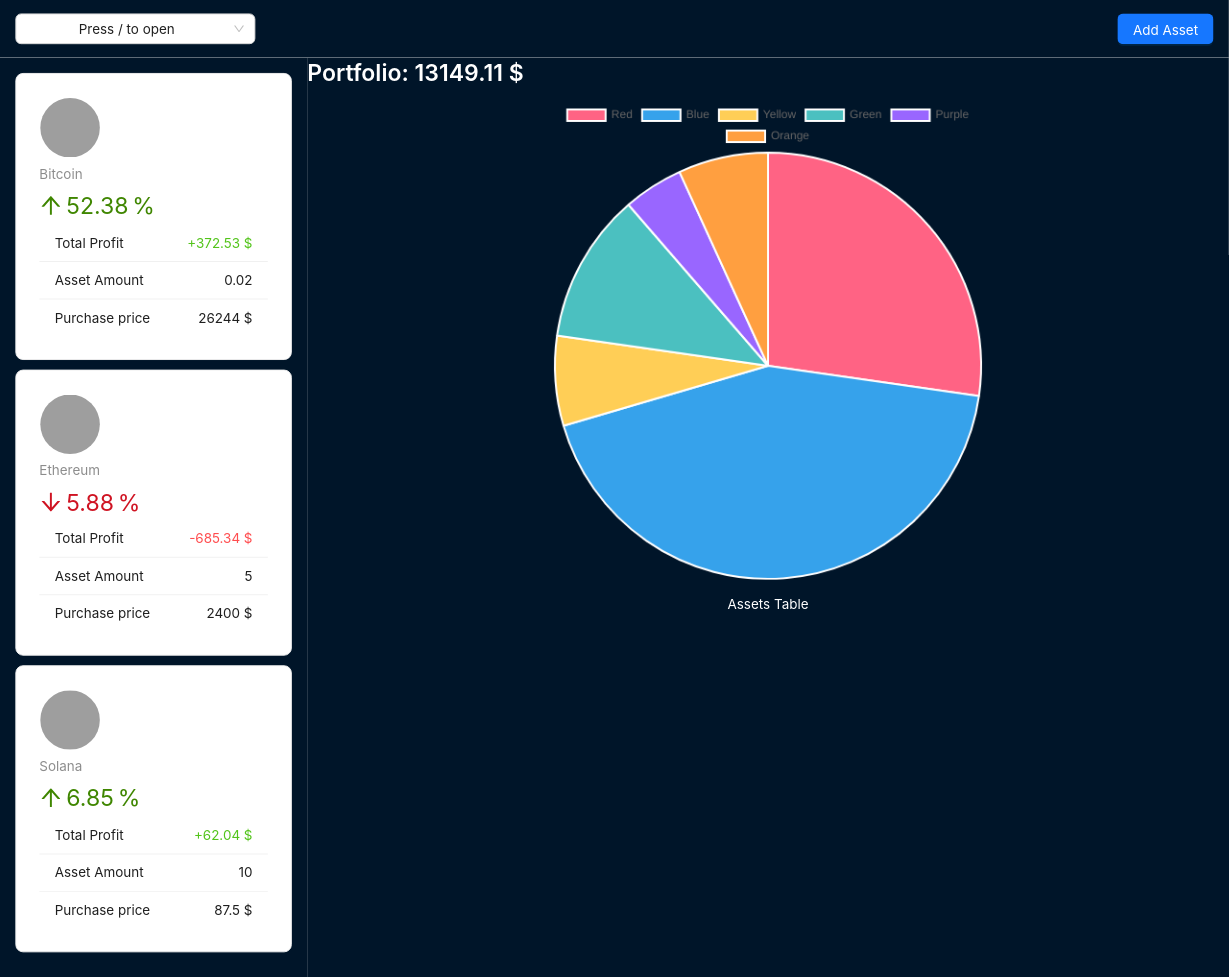
Repository: Vadia23/React-Crypto-App
Page: /
The author's editor kept a copy of each file at every save. The page is drawn from the files as they stood at one save, then again after the next save.
The browser window is 1280 px wide. The pictures show the whole page, at 96% of full size.
Pictures or frames that could not be fetched are drawn as grey boxes. The project was rebuilt for these pictures with package versions that can differ from the ones it lists, and the page was loaded fresh each time. Also part of the build but not shown: vite.config.js, src/components/CoinInfo.jsx, src/components/CoinInfoModal.jsx, src/components/AddAssetForm.jsx, src/components/layout/AppConten.jsx.

Above is the page before, as saved 2024-02-28 17:16:46.

### src/App.jsx
import { Layout } from "antd";
import AppHeader from "./components/layout/AppHeader";
import AppSider from "./components/layout/AppSider";
import AppContent from "./components/layout/AppConten";
import { CryptoContextProvider } from "./context/cryptoContext";
import AppLayout from "./components/layout/AppLayout";

export default function App() {
  return (
    <CryptoContextProvider>
      <AppLayout />
    </CryptoContextProvider>
  );
}

### src/components/layout/AppHeader.jsx
import { Button, Layout, Modal, Select, Space, Drawer } from "antd";
import { useCrypto } from "../../context/cryptoContext";
import { useEffect, useState } from "react";
import CoinInfoModal from "../CoinInfoModal";
import AddAssetForm from "../AddAssetForm";

const headerStyle = {
  textAlign: "center",
  color: "#fff",
  height: 60,
  width: "100%",
  padding: "1rem",
  display: "flex",
  justifyContent: "space-between",
  alignItems: "center",
};

export default function AppHeader() {
  const [select, setSelect] = useState(false);
  const [modal, setModal] = useState(false);
  const [drawer, setDrawer] = useState(false);
  const [coin, setCoin] = useState(null);
  const { crypto } = useCrypto();

  function handleSelect(value) {
    setModal(true);
    setCoin(crypto.find((c) => c.id === value));
    // const coin = crypto.findIndex((coin) => coin.id === value);
    // setCoin(crypto[coin]);
  }

  useEffect(() => {
    const keypress = (event) => {
      if (event.key === "/") {
        setSelect((prev) => !prev);
      }
    };

    document.addEventListener("keypress", keypress);
    return () => document.removeEventListener("keypress", keypress);
  }, []);

  return (
    <Layout.Header style={headerStyle}>
      <Select
        open={select}
        // mode="multiple"
        style={{ width: 250 }}
        onClick={() => setSelect((prev) => !prev)}
        value={"Press / to open"}
        onSelect={handleSelect}
        // optionLabelProp="label"
        options={crypto.map((coin) => ({
          label: coin.name,
          value: coin.id,
          icon: coin.icon,
        }))}
        optionRender={(option) => (
          <Space>
            <img
              style={{ width: 20 }}
              src={option.data.icon}
              alt={option.data.label}
            />{" "}
            {option.data.label}
          </Space>
        )}
      />
      <Button type="primary" onClick={() => setDrawer(true)}>
        Add Asset
      </Button>

      <Modal
        open={modal}
        onCancel={() => {
          setModal(false), setCoin(null);
        }}
        footer={null}
      >
        <CoinInfoModal coin={coin} />
      </Modal>

      <Drawer
        width={"40%"}
        title="Add Asset"
        onClose={() => setDrawer(false)}
        open={drawer}
        destroyOnClose
      >
        <AddAssetForm onClose={() => setDrawer(false)} />
      </Drawer>
    </Layout.Header>
  );
}

### src/components/layout/AppSider.jsx
import { Avatar, Card, Layout, List, Statistic, Typography } from "antd";
import { ArrowDownOutlined, ArrowUpOutlined } from "@ant-design/icons";
import { useContext } from "react";
import { capitalize } from "../../utils";
import CryptoContext from "../../context/cryptoContext";

export default function AppSider() {
  const { assets } = useContext(CryptoContext);

  return (
    <Layout.Sider width="25%" style={{ padding: "1rem" }}>
      {assets.map((asset, i) => (
        <Card key={i} style={{ marginBottom: "10px" }}>
          <Avatar size={64} src={asset.icon} style={{ marginBottom: "5px" }} />
          <Statistic
            title={capitalize(asset.id)}
            value={asset.growPercent}
            precision={2}
            valueStyle={{ color: asset.grow ? "#3f8600" : "#cf1322" }}
            prefix={asset.grow ? <ArrowUpOutlined /> : <ArrowDownOutlined />}
            suffix="%"
          />
          <List
            size="small"
            dataSource={[
              {
                title: "Total Profit",
                value: (
                  <Typography.Text type={asset.grow ? "success" : "danger"}>
                    {asset.grow
                      ? "+" + asset.totalProfit + " $"
                      : asset.totalProfit + " $"}
                  </Typography.Text>
                ),
              },
              { title: "Asset Amount", value: asset.amount },
              { title: "Purchase price", value: asset.price + " $" },
            ]}
            renderItem={(item) => (
              <List.Item>
                <span>{item.title}</span>
                {}
                <span>{item.value}</span>
              </List.Item>
            )}
          />
        </Card>
      ))}
    </Layout.Sider>
  );
}

### src/context/cryptoContext.jsx
import { createContext, useContext, useEffect, useState } from "react";
import { fakeFetchCrypto, fetchAssets } from "../api";
import { percentDifference } from "../utils";

const CryptoContext = createContext({
  assets: [],
  crypto: [],
  isLoading: false,
});

export function CryptoContextProvider({ children }) {
  const [isLoading, setIsLoading] = useState(false);
  const [crypto, setCrypto] = useState([]);
  const [assets, setAssets] = useState([]);

  function mapAssets(assets, result) {
    return assets.map((asset) => {
      const coin = result.find((c) => c.id === asset.id);
      return {
        grow: asset.price < coin.price, // boolean for color of statistic
        growPercent: percentDifference(asset.price, coin.price),
        totalAmount: asset.amount * coin.price,
        totalProfit: +(
          asset.amount * coin.price -
          asset.amount * asset.price
        ).toFixed(2),
        name: coin.name,
        icon: coin.icon,
        ...asset,
      };
    });
  }

  useEffect(() => {
    async function preload() {
      setIsLoading(true);
      const { result } = await fakeFetchCrypto();
      const assets = await fetchAssets();

      setCrypto(result);
      setAssets(mapAssets(assets, result));
      setIsLoading(false);
    }
    preload();
  }, []);

  function addAsset(newAsset) {
    return setAssets((prev) => mapAssets([...prev, newAsset], crypto));
  }

  return (
    <CryptoContext.Provider value={{ isLoading, crypto, assets, addAsset }}>
      {children}
    </CryptoContext.Provider>
  );
}

export default CryptoContext;

export function useCrypto() {
  return useContext(CryptoContext);
}

### src/components/layout/AppLayout.jsx
import { Layout, Spin } from "antd";
import AppHeader from "./AppHeader";
import AppSider from "./AppSider";
import AppContent from "./AppContent";
import { useContext } from "react";
import CryptoContext from "../../context/cryptoContext";

export default function AppLayout() {
  const { isLoading } = useContext(CryptoContext);

  if (isLoading) {
    return <Spin spinning={isLoading} fullscreen />;
  }

  return (
    <Layout>
      <AppHeader />
      <Layout>
        <AppSider />
        <AppContent />
      </Layout>
    </Layout>
  );
}

### src/utils.js
export function percentDifference(a, b) {
  return +(100 * Math.abs((a - b) / ((a + b) / 2))).toFixed(2);
}

export function capitalize(str) {
  return str.charAt(0).toUpperCase() + str.substr(1);
}

### src/api.js
import { cryptoAssets, cryptoData } from "./data";

export function fakeFetchCrypto() {
  return new Promise((resolve) => {
    setTimeout(() => {
      resolve(cryptoData);
    }, 1);
  });
}
export function fetchAssets() {
  return new Promise((resolve) => {
    setTimeout(() => {
      resolve(cryptoAssets);
    }, 1);
  });
}

### src/components/layout/AppContent.jsx
import { Layout, Typography } from "antd";
import { useCrypto } from "../../context/cryptoContext";
import PortfolioChart from "../PortfolioChart";
import AssetsTable from "../AssetsTable";

const contentStyle = {
  textAlign: "center",
  minHeight: "calc(100vh - 60px)",
  color: "#fff",
  backgroundColor: "#001529",
};

export default function AppContent() {
  const { assets, crypto } = useCrypto();
  const cryptoPriceMap = crypto.reduce((acc, c) => {
    acc[c.id] = c.price;
    return acc;
  }, {});

  return (
    <Layout.Content style={contentStyle}>
      <Typography.Title level={3} style={{ color: "#fff", textAlign: "left" }}>
        Portfolio:{" "}
        {assets
          .map((asset) => {
            // const coin = crypto.find((c) => c.id === asset.id);
            // return asset.amount * coin.price;
            return asset.amount * cryptoPriceMap[asset.id];
          })
          .reduce((acc, v) => acc + v, 0)
          .toFixed(2)}{" "}
        $
      </Typography.Title>
      <PortfolioChart />
      <AssetsTable />
    </Layout.Content>
  );
}

### src/components/PortfolioChart.jsx
import { Chart as ChartJS, ArcElement, Tooltip, Legend } from "chart.js";
import { Pie } from "react-chartjs-2";
import { useCrypto } from "../context/cryptoContext";

ChartJS.register(ArcElement, Tooltip, Legend);

export default function PortfolioChart() {
  const { crypto } = useCrypto();

  const data = {
    labels: ["Red", "Blue", "Yellow", "Green", "Purple", "Orange"],
    datasets: [
      {
        label: "# of Votes",
        data: [12, 19, 3, 5, 2, 3],
        backgroundColor: [
          "rgba(255, 99, 132, 1)",
          "rgba(54, 162, 235, 1)",
          "rgba(255, 206, 86, 1)",
          "rgba(75, 192, 192, 1)",
          "rgba(153, 102, 255, 1)",
          "rgba(255, 159, 64, 1)",
        ],
      },
    ],
  };

  return (
    <div
      style={{
        display: "flex",
        marginBottom: "1rem",
        justifyContent: "center",
        height: 500,
      }}
    >
      <Pie data={data} />
    </div>
  );
}

### src/components/AssetsTable.jsx
export default function AssetsTable() {
  return <div>Assets Table</div>;
}

Loaded but not shown: index.html (common file); src/main.jsx (common file); src/index.css (common file); src/data.js (631 lines, source omitted)

After the next save:
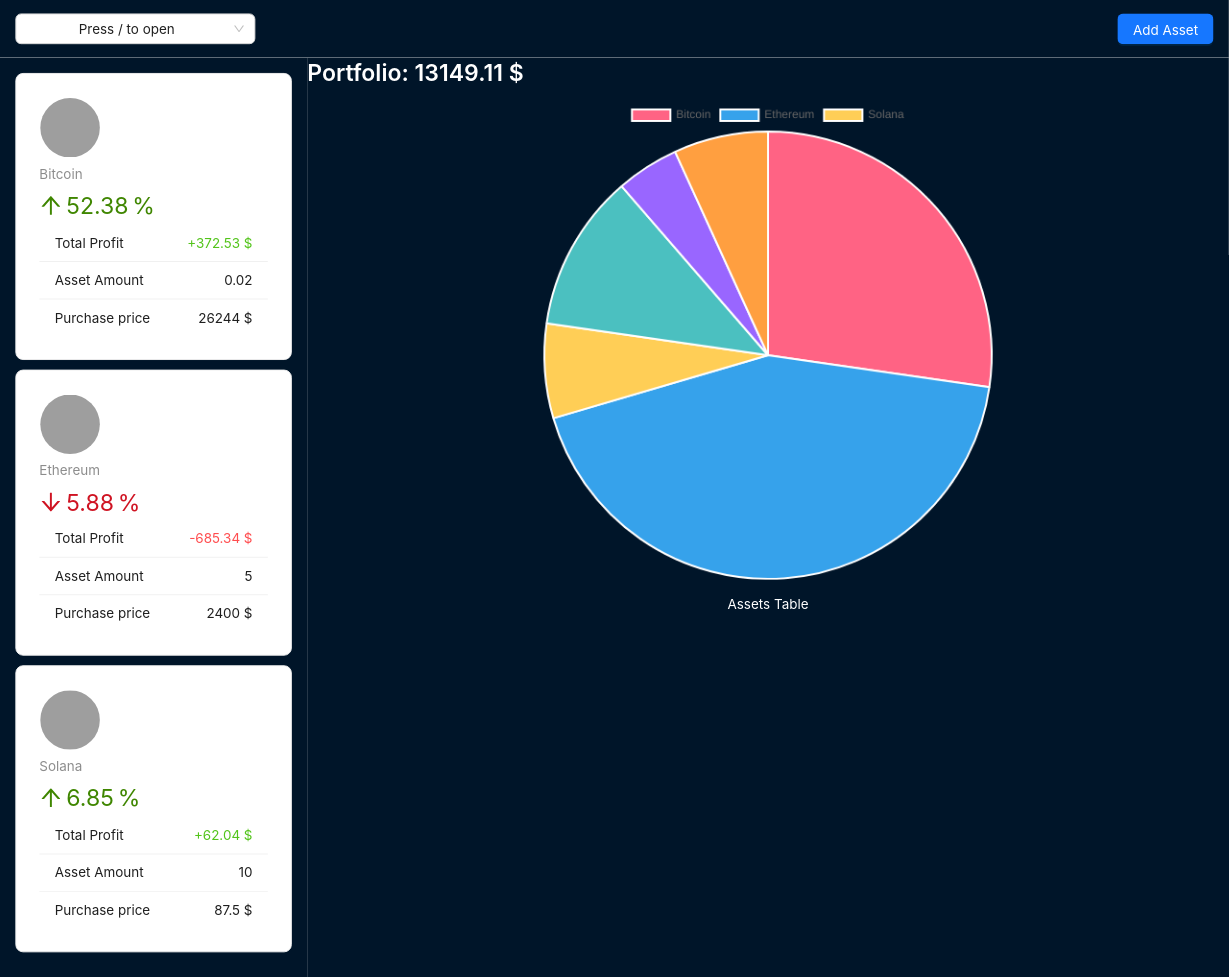
Saved 23 s later.
--- a/src/components/PortfolioChart.jsx
+++ b/src/components/PortfolioChart.jsx
@@ -5,10 +5,10 @@
 ChartJS.register(ArcElement, Tooltip, Legend);
 
 export default function PortfolioChart() {
-  const { crypto } = useCrypto();
+  const { assets } = useCrypto();
 
   const data = {
-    labels: ["Red", "Blue", "Yellow", "Green", "Purple", "Orange"],
+    labels: assets.map((a) => a.name),
     datasets: [
       {
         label: "# of Votes",
